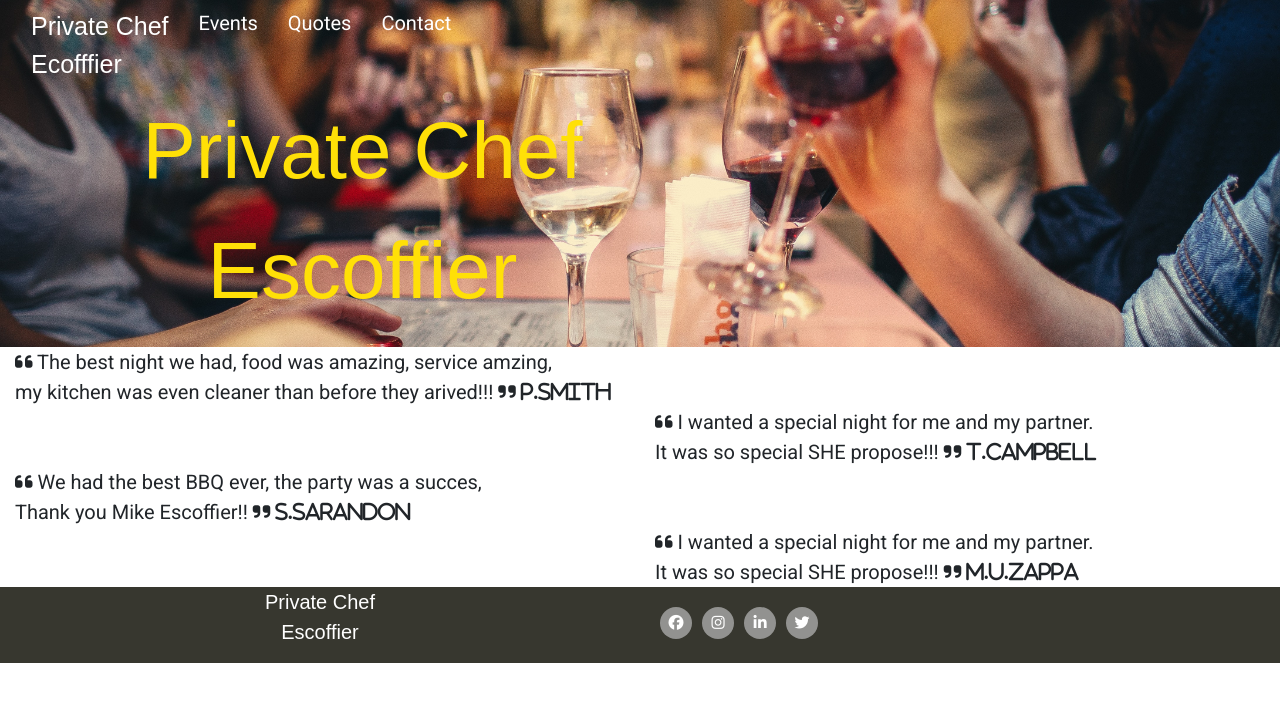
Repository: Mrsebastino/First-Milestone
Page: quotes.html
The author's editor kept a record of every edit. The page is drawn from the files as they stood at one moment, then again after the next edit.
The browser window is 1280 px wide. The pictures show the whole page.
Some web fonts or font styles are not loaded; a fallback is used. Some web libraries are served in a nearby version.

Above is the page before.

### quotes.html
<!DOCTYPE html>
<html lang="en">

<head>
    <meta charset="UTF-8">
    <meta name="viewport" content="width=device-width, initial-scale=1.0">
    <meta http-equiv="X-UA-Compatible" content="ie=edge">
    <title>Private Chef Escoffier</title>
    <script src="https://code.jquery.com/jquery-3.3.1.slim.min.js" integrity="sha384-q8i/X+965DzO0rT7abK41JStQIAqVgRVzpbzo5smXKp4YfRvH+8abtTE1Pi6jizo" crossorigin="anonymous"></script>
    <script src="https://cdnjs.cloudflare.com/ajax/libs/popper.js/1.14.7/umd/popper.min.js" integrity="sha384-UO2eT0CpHqdSJQ6hJty5KVphtPhzWj9WO1clHTMGa3JDZwrnQq4sF86dIHNDz0W1" crossorigin="anonymous"></script>
    <link rel="stylesheet" href="https://stackpath.bootstrapcdn.com/bootstrap/4.3.1/css/bootstrap.min.css" integrity="sha384-ggOyR0iXCbMQv3Xipma34MD+dH/1fQ784/j6cY/iJTQUOhcWr7x9JvoRxT2MZw1T" crossorigin="anonymous">
    <script src="https://stackpath.bootstrapcdn.com/bootstrap/4.3.1/js/bootstrap.min.js" integrity="sha384-JjSmVgyd0p3pXB1rRibZUAYoIIy6OrQ6VrjIEaFf/nJGzIxFDsf4x0xIM+B07jRM" crossorigin="anonymous"></script>
    <script src="https://kit.fontawesome.com/59067acff4.js" crossorigin="anonymous"></script>
    <link rel="stylesheet" href="assets/css/style.css" type="text/css" />

</head>

<body>
    <header>
        <div class="container-fluid quotes-bg">
            <div class="row ">
                <div class="col-sm-4 col-md-6">
                    <nav class="navbar navbar-expand-lg navbar-light bg-transparent">
                        <button class="navbar-toggler" type="button" data-toggle="collapse" data-target="#navbarNavDropdown" aria-controls="navbarNavDropdown" aria-expanded="false" aria-label="Toggle navigation">
                               <span class="navbar-toggler-icon"></span>
                            </button>
                        <div class="collapse navbar-collapse" id="navbarNavDropdown">
                            <ul class="navbar-nav">
                                <li class="nav-item active">
                                    <a class="nav-link-logo" href="index.html">Private Chef<br> Ecofffier <span class="sr-only"></span></a>
                                </li>
                                <li class="nav-item">
                                    <a class="nav-link" href="events.html">Events</a>
                                </li>
                                <li class="nav-item">
                                    <a class="nav-link" href="quotes.html">Quotes</a>
                                </li>
                                <li class="nav-item">
                                    <a class="nav-link" href="contact.html">Contact</a>
                                </li>
                            </ul>
                        </div>
                    </nav>
                </div>
                <div class="container">
                    <div class="row">
                        <div class="col-sm-4 col-md-6">
                            <p class="container-title"> Private Chef<br> Escoffier</p>
                        </div>
                    </div>
                </div>
            </div>
        </div>
    </header>
    <section>
        <div class="container-fluid">
            <div class="row">
                <div class="col quotes-container">
                    <i class="fas fa-quote-left"></i> The best night we had, food was amazing, service amzing,<br> my kitchen was even cleaner than before they arived!!!
                    <i class="fas fa-quote-right">  P.Smith</i>
                </div>
            </div>
            <div class="row">
                <div class="col quotes-container-right">
                    <i class="fas fa-quote-left "></i> I wanted a special night for me and my partner.<br> It was so special SHE propose!!!
                    <i class="fas fa-quote-right">  T.Campbell</i>
                </div>
            </div>
            <div class="row">
                <div class="col quotes-container">
                    <i class="fas fa-quote-left "></i> We had the best BBQ ever, the party was a succes,<br> Thank you Mike Escoffier!!
                    <i class="fas fa-quote-right">  S.Sarandon</i>
                </div>
            </div>
            <div class="row">
                <div class="col quotes-container-right">
                    <i class="fas fa-quote-left "></i> I wanted a special night for me and my partner.<br> It was so special SHE propose!!!
                    <i class="fas fa-quote-right"> M.U.Zappa</i>
                </div>
            </div>
        </div>

    </section>
    <footer>
        <div class="container-fluid container-footer">
            <div class="row">
                <div class="col-6">
                    <p class="logo-footer">
                        <a class="logo-footer" href="index.html"><span>Private Chef<br>  Escoffier</span></a>
                    </p>
                </div>
                <div class="col-6">
                    <ul class="list-inline social-link">
                        <li class="list-inline-item">
                            <a href="www.facebook.com" <i class="fab fa-facebook" aria-hidden="true"></i>
                    <span class="sr-only">Facebook</span></a>
                            <a href="www.intagram.com" <i class="fab fa-instagram" aria-hidden="true"></i>
                    <span class="sr-only">instagram</span></a>
                            <a href="www.linkedin.com" <i class="fab fa-linkedin-in" aria-hidden="true"></i>
                    <span class="sr-only">LinkedIn</span></a>
                            <a href="www.twiter.com" <i class="fab fa-twitter" aria-hidden="true"></i>
                    <span class="sr-only">Twitter</span></a>
                        </li>
                    </ul>
                </div>
            </div>
        </div>
    </footer>
</body>

</html>

### assets/css/style.css
@import url('https://fonts.googleapis.com/css?family=Roboto:100,200,300,400,500,600,700|Mansalva:100,200,300,400,500,600,700');

.body {
    font-family: 'Roboto', sans-serif;
    margin: 0;
    padding: 0;
}

/*---------Header------*/

.row {
    margin: 0;
    padding: 0;
    overflow-x: hidden;

}

.container-fluid {
    margin: 0;
    padding: 0;
    height: auto;
}

.container-title {
    font-family: 'Mansalva', sans-serif;
    text-align: center;
    font-size: 80px;
    color: #ffe007;
}

/*---------backgrounfd image------*/

.container-landing-page {
    padding: 0;
    margin: 0;
    height: 100vh;
    background: url("../images/blur-chef-cooking-2403392.jpg") no-repeat center fixed;
    background-attachment: scroll;
    -webkit-background-size: cover;
    -moz-background-size: cover;
    -o-background-size: cover;
    background-size: cover;
}

.events-bg {
    padding: 0;
    margin: 0;
    background: url("../images/anise-aroma-art-277253.jpg") no-repeat center fixed;
    background-attachment: scroll;
    -webkit-background-size: cover;
    -moz-background-size: cover;
    -o-background-size: cover;
    background-size: cover;
}

.quotes-bg {
    padding: 0;
    margin: 0;
    background: url("../images/adult-bar-blur-696218.jpg") no-repeat center fixed;
    background-attachment: scroll;
    -webkit-background-size: cover;
    -moz-background-size: cover;
    -o-background-size: cover;
    background-size: cover;
}

.contact-bg {
    padding: 0;
    margin: 0;
    background: url("../images/conference-learning-meeting-7095.jpg") no-repeat center fixed;
    background-attachment: scroll;
    -webkit-background-size: cover;
    -moz-background-size: cover;
    -o-background-size: cover;
    background-size: cover;
}


/*---------Navbar------*/

.nav-link-logo {
    font-family: 'Mansalva', sans-serif;
    font-size: 25px;
    color: #fff;
    transition: all 0.5s ease-in-out;
    -moz-transition: all 0.5s ease-in-out;
    -webkit-transition: all 0.5s ease-in-out;
    -o-transition: all 0.5s ease-in-out;
}

.nav-link-logo:hover {
    color: #ffe007;
    text-decoration: none;
}

.nav-link {
    font-family: 'Roboto', sans-serif;
    font-size: 20px;
    color: #fff;
    transition: all 0.5s ease-in-out;
    -moz-transition: all 0.5s ease-in-out;
    -webkit-transition: all 0.5s ease-in-out;
    -o-transition: all 0.5s ease-in-out;
}

.navbar-light .navbar-nav .nav-link {
    color: #fff;
    margin-left: 30px;
    padding: 0px;
}

.navbar-light .navbar-nav .nav-link:hover {
    color: #ffe107;

}

.navbar-toggler-icon {
    color: #fff;
    display: inline-block;
    width: 1.5em;
    height: 1.5em;
    vertical-align: middle;
    background: no-repeat center center;
    background-size: 100% 100%;
}

.navbar-toggler {
    padding: .25rem .75rem;
    font-size: 1.25rem;
    line-height: 1;
    background-color: #ffe007;
    border: 1px solid transparent;
    border-radius: .25rem;
}

/*---------events------*/

.container-event {
    margin: 0;
    padding: 0;
    height: auto;
    background-color: #f6f6f0;
}

.event-heading {
    font-family: 'Mansalva', sans-serif;
    font-size: 60px;
    text-align: center;
    font-weight: 500;
    color: #ffe007;
}

.event-information {
    height: auto;
    color: black;
    text-align: center;
    font-size: 20px;
    font-weight: 500;
}

.event-photo {
    padding-bottom: 10px;
    padding-top: 20px;
    height: auto;
    display: inline-block;
    text-align: center;
}

.square {
    border: 1px solid black;
}

/*---------quotes------*/

.quotes-container {
    font-family: 'Roboto', sans-serif;
    font-size: 20px;
    height: auto;
}

.quotes-container-right {
    font-family: 'Roboto', sans-serif;
    font-size: 20px;
    margin-left: 50%;
    height: auto;
}

/*---------contact us------*/

.contact-container-fluid {
    background-color: #ffe007;
}

.col {
    padding-left: 15px;
    padding-right: 20px;
}

.header {
    font-family: 'Roboto', sans-serif;
    text-align: center;
    padding-bottom: 20px;
}

form {
    text-align: center;
    width: auto;
}

.form-container {
    display: inline-grid;
}

.input,#fname,#lname,#email,#date,#event {
    width: 450px;
    margin-bottom: 5px;
}

.button-container {
    margin-top: 10px;
    margin-bottom: 10px;
    text-align: center;
}


/*---------Footer------*/

.container-footer {
    position: absolute;
    width: 100%;
    background-color: #37372F;
}

.list-inline-item {
    display: inline-table;
}

.logo-footer {
    font-family: 'Mansalva', sans-serif;
    font-size: 20px;
    color: #fff;
    text-align: center;
    transition: all 0.5s ease-in-out;
    -moz-transition: all 0.5s ease-in-out;
    -webkit-transition: all 0.5s ease-in-out;
    -o-transition: all 0.5s ease-in-out;
}

.logo-footer:hover {
    color: #ffe007;
    text-decoration: none;
}

.fab {
    margin-left:5px;
    margin-right: 5px;
    height: 32px;
    width: 32px;
    padding: 12px 0;
    border-radius: 50px;
    text-align: center;
    font-size: 15px;
    line-height: 7px;
    margin-top: 20px;
    color: #fff;
    background-color: #929290;
    transition: all 0.5s ease-in-out;
    -moz-transition: all 0.5s ease-in-out;
    -webkit-transition: all 0.5s ease-in-out;
    -o-transition: all 0.5s ease-in-out;
}

.fab:hover {
    color: #ffe007;
    text-decoration: none;
    font-size: 25px;
}

@media(max-width: 767px) {
    .logo-footer {
        display: none;
    }
    .list-inline.social-link {
        text-align: center;
    }
}

After the next edit:
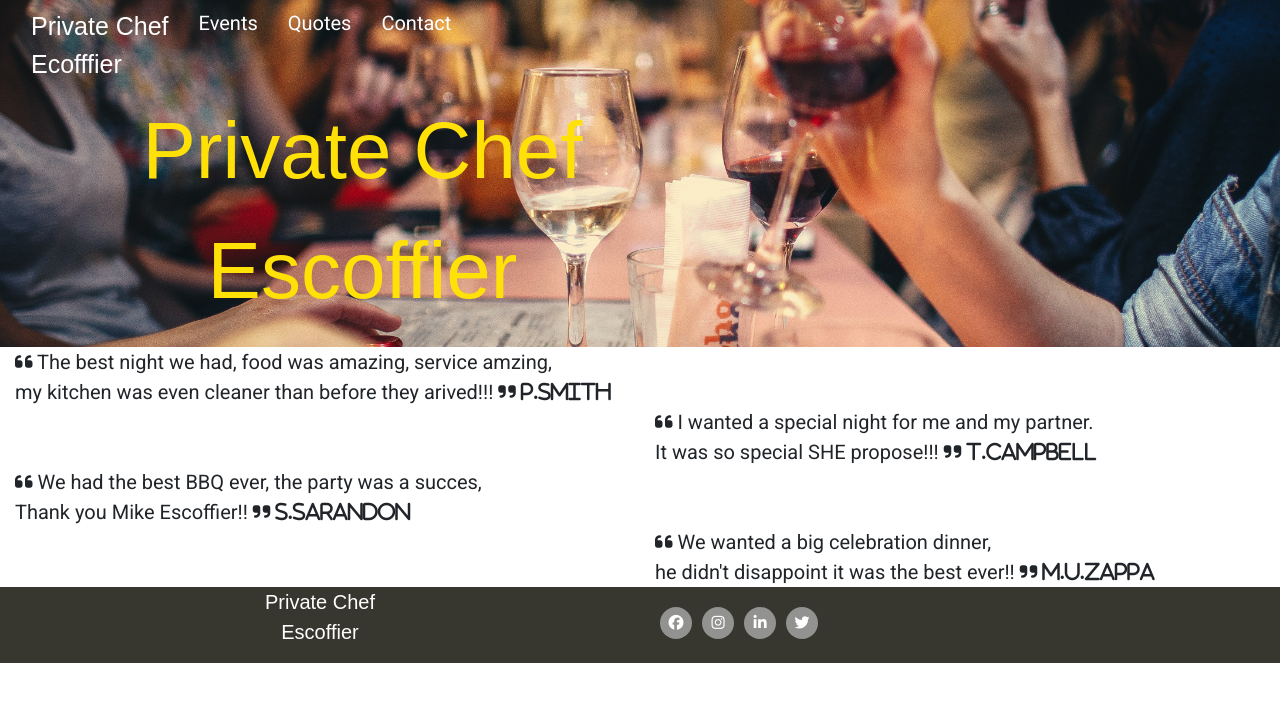
The edit:
--- a/quotes.html
+++ b/quotes.html
@@ -74,7 +74,7 @@
             </div>
             <div class="row">
                 <div class="col quotes-container-right">
-                    <i class="fas fa-quote-left "></i> I wanted a special night for me and my partner.<br> It was so special SHE propose!!!
+                    <i class="fas fa-quote-left "></i> We wanted a big celebration dinner,<br> he didn't disappoint it was the best ever!!
                     <i class="fas fa-quote-right"> M.U.Zappa</i>
                 </div>
             </div>
